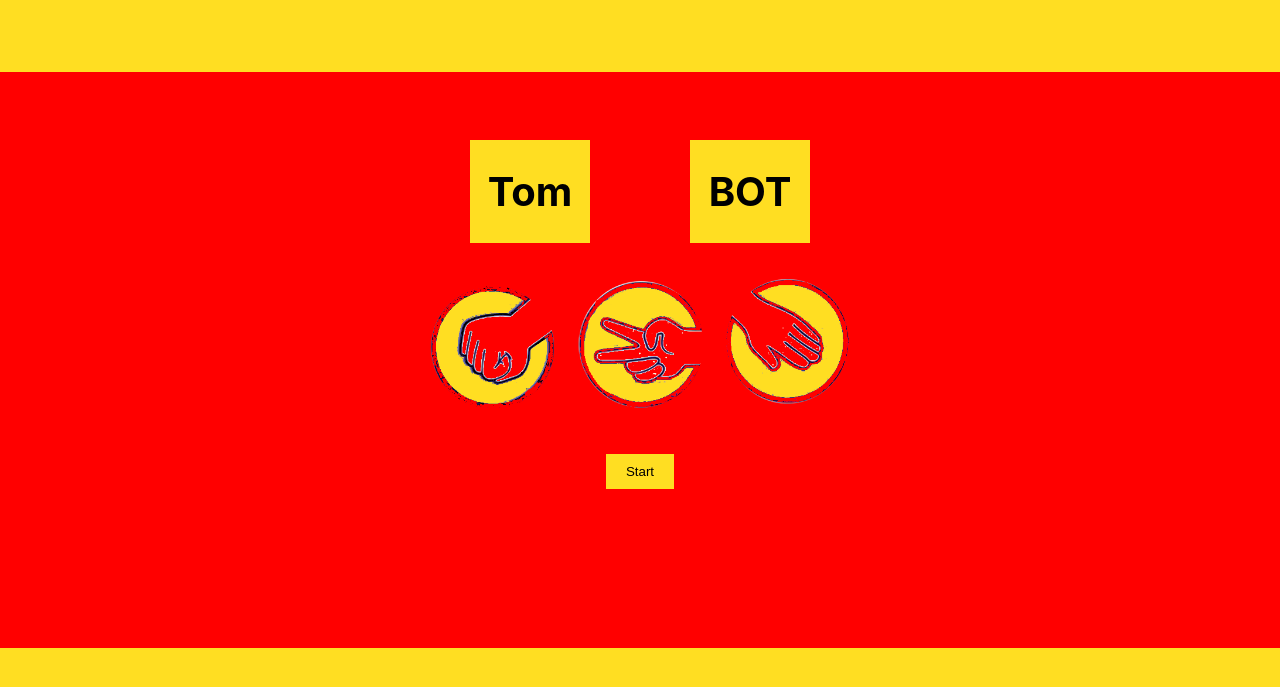
Repository: K009/Rock-Paper-Scissors
Page: /
The author's editor kept a copy of each file at every save. The page is drawn from the files as they stood at one save, then again after the next save.
The browser window is 1280 px wide. The pictures show the whole page.
The project was rebuilt for these pictures with package versions that can differ from the ones it lists, and the page was loaded fresh each time.

Above is the page before, as saved 2020-05-13 11:03:45.

### src/App.js
import React, { Component } from "react";
import "./App.css";
import Player from "./components/Player";
import rock from "./components/img/rock.png";
import scissors from "./components/img/scissors.png";
import paper from "./components/img/paper.png";

const weapon = ["rock", "paper", "scissors"];

class App extends Component {
  constructor() {
    super();
    this.state = {
      playerOne: weapon[0],
      playerTwo: weapon[0],
      winner: "",
    };
    this.state = { counter: 0 };
  }

  startGame = () => {
    let counter = 0;
    let gameInterval = setInterval(() => {
      //to make a delay
      counter++;
      console.log(counter);
      this.setState({
        playerTwo: weapon[Math.floor(Math.random() * weapon.length)],
        winner: "",
      });
      if (counter > 5) {
        clearInterval(gameInterval);
        this.setState({
          winner: this.selectWinner(),
        });
      }
    }, 100);
  };

  selectWinner = () => {
    const { playerOne, playerTwo } = this.state;
    console.log("Player One: " + playerOne + "Player Two: " + playerTwo);
    if (playerOne === playerTwo) {
      console.log("It's a tie");
      return "It's a tie";
    } else if (
      (playerOne === "rock" && playerTwo === "scissors") ||
      (playerOne === "paper" && playerTwo === "rock") ||
      (playerOne === "scissors" && playerTwo === "paper")
    ) {
      return "Player one wins!";
    } else {
      return "Player two wins!";
    }
  };

  selectWeapon = (weapon) => {
    //in argument it gets a value that is going to be set for playerOne
    this.setState({
      playerOne: weapon, //here it gets changed
      winner: "", //winner without any changes - still ""
    });
  };

  increment() {
    this.setState({
      counter: this.state.counter + 1,
    });
  }

  render() {
    const { playerOne, playerTwo, winner } = this.state;
    return (
      <div className="App">
        <div className="Header" />
        <div className="Main-part">
          <div className="Players">
            <Player playerName="Tom" weapon={playerOne} />
            <div className="break">{playerTwo} </div>
            <Player playerName="BOT" weapon={playerTwo} />
          </div>
          <div className="images">
            <img
              className="weaponimg"
              src={rock}
              onClick={() => this.selectWeapon("rock")}
              alt="Rock"
            />
            <img
              className="weaponimg"
              src={scissors}
              onClick={() => this.selectWeapon("scissors")}
              alt="Rock"
            />
            <img
              className="weaponimg"
              src={paper}
              onClick={() => this.selectWeapon("paper")}
              alt="Rock"
            />
          </div>
          <div className="buttons"></div>
          <div className="winner">{winner ? this.selectWinner() : null}</div>
          <button className="weapon" onClick={this.startGame}>
            Start
          </button>
        </div>
        <footer />
      </div>
    );
  }
}

export default App;

### src/App.css
.Header {
  min-height: 10vh;
  text-align: center;
  justify-content: space-around;
  background-color: #ffde22;
  display: flex;
  flex-wrap: wrap;
}

.Main-part {
  background-color: red;
  min-height: 80vh;
  text-align: center;
}

.Players {
  text-align: center;
  display: inline-block;
}

.break {
  width: 100px;
  min-height: 20vh;
  background-color: red;
  padding-top: 50px;
  float: left;
}

output {
  color: white;
  margin-right: 10px;
}
.weaponimg {
  width: 150px;
  height: 150px;
}

.weaponimg:hover {
  width: 160px;
  height: 160px;
  cursor: pointer;
}

.weapon {
  background: #ffde22;
  margin-top: 15px;
  border: none;
  padding: 10px 20px;
  color: black;
}

.weapon:hover {
  background: #ecce20;
  cursor: pointer;
}

.winner {
  color: #ffde22;
  font-size: 20px;
  margin-top: 15px;
}

footer {
  min-height: 10vh;
  background-color: #ffde22;
  width: 100%;
  position: absolute;
  left: 0;
  bottom: 0;
}

### src/components/Player.js
import React from "react";
import style from "./player.module.css";

const Player = ({ playerName }) => {
  return (
    <div className={style.player}>
      <h1>{playerName}</h1>
    </div>
  );
};

export default Player;

### src/components/player.module.css
.player {
  background-color: #ffde22;
  font-size: 20px;
  text-align: center;
  width: 120px;
  float: left;
  margin-top: 20%;
}

Loaded but not shown: public/index.html (common file); src/index.js (common file); src/index.css (common file); src/serviceWorker.js (common file)

After the next save:
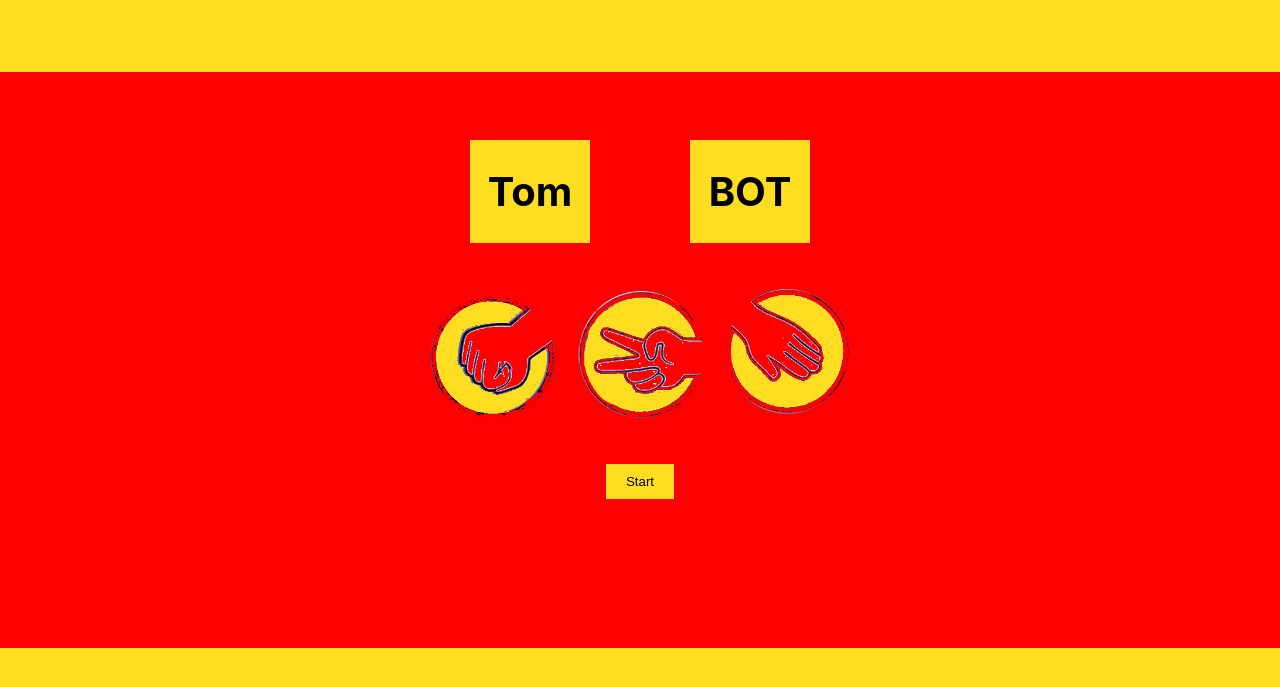
Saved 5 s later.
--- a/src/App.css
+++ b/src/App.css
@@ -22,7 +22,7 @@
   width: 100px;
   min-height: 20vh;
   background-color: red;
-  padding-top: 50px;
+  padding-top: 60px;
   float: left;
 }
 
